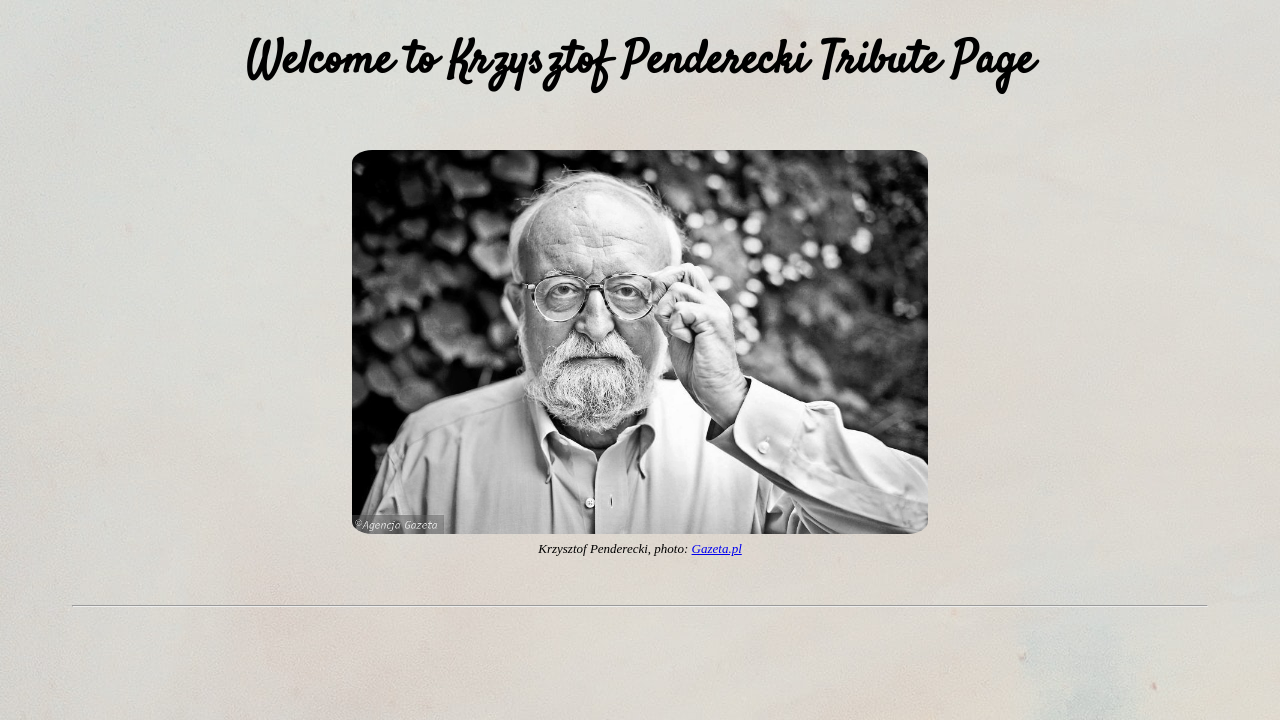
Repository: justynke/tribute_page
Page: index.html
These files come from the project's save history. The page is drawn as it stood at one moment and after the next save; the edit follows.
The browser window is 1280 px wide. The pictures show the whole page.

Above is the page before, as saved 2020-04-23 00:04:53.

### index.html
<!DOCTYPE html>
<html lang = "pl-PL">
<head>
    <link href="https://fonts.googleapis.com/css2?family=Satisfy&display=swap" rel="stylesheet">
    <link rel="stylesheet" type="text/css" href="styles.css">
    <title>Krzysztof Penderecki Tribute Page</title>
</head>
<body>
    <h1 id = "title">Welcome to Krzysztof Penderecki Tribute Page</h1>
    <div id = "img-div">
        <figure>
            <img id = "image" src = "images/penderecki_01.jpg" alt = "Krzysztof Penderecki">
            <figcaption>Krzysztof Penderecki, photo: <a href = "http://gazeta.pl">Gazeta.pl</a></figcaption>
        </figure>


    </div>

    <hr>





</body>
</html>

### styles.css
body {
    background-image: url(images/background.jpg);
}

h1 {
    text-align: center;
    font-family: Satisfy;
    font-size: 45px;
    margin-bottom: 0.8em;
}

#img-div {
    display: flex;
    justify-content: space-around;
}

#image {
    height: 30vw;
    width: auto;
    filter: gray; /* IE6-9 */
    -webkit-filter: grayscale(1); /* Google Chrome, Safari 6+ & Opera 15+ */
    filter: grayscale(1);
    border-style: solid;
    border-color: transparent;
    border-radius: 4%;
}


#image:hover {
    filter: grayscale(0);
}

figcaption {
    text-align: center;
    font-style: italic;
    font-size: small;
}


hr {
    margin-top: 2em;
    margin-bottom: 2em;
    margin-left: 4em;
    margin-right: 4em;
}

After the next save:
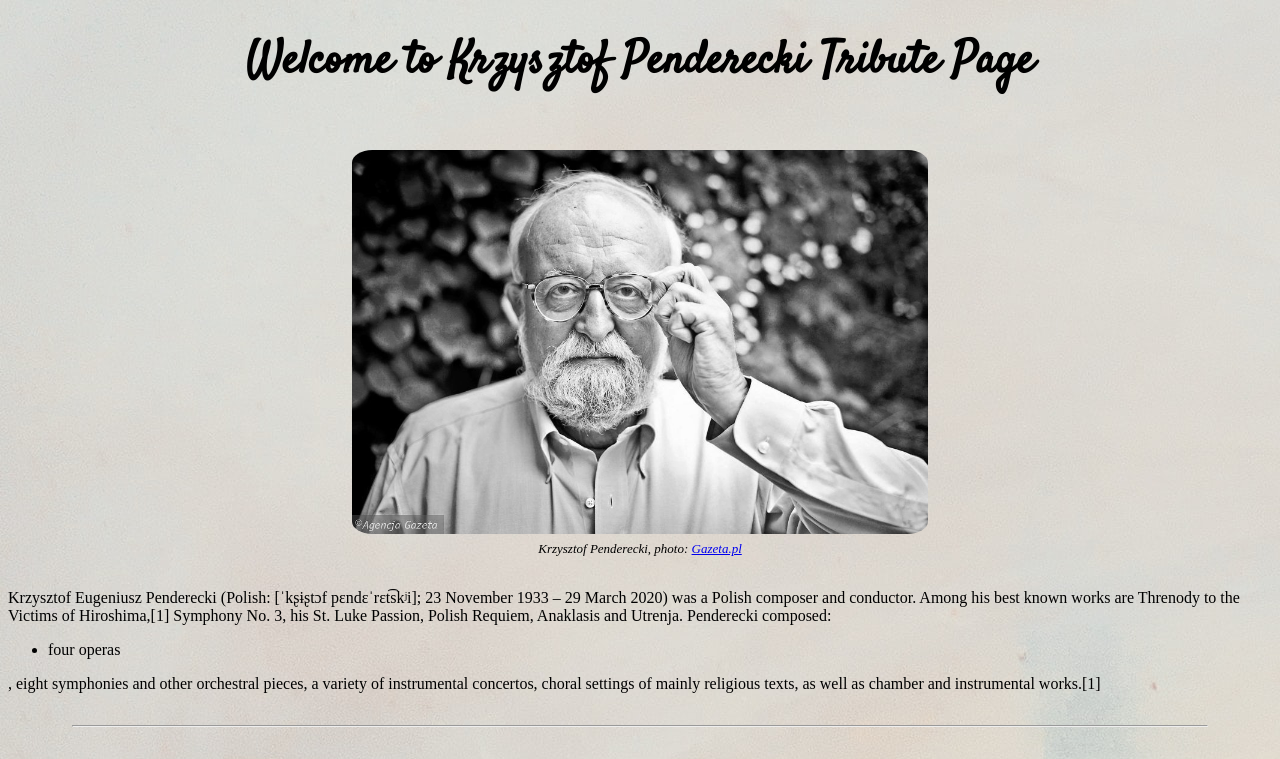
Saved 2 min 3 s later.
--- a/index.html
+++ b/index.html
@@ -12,9 +12,15 @@
             <img id = "image" src = "images/penderecki_01.jpg" alt = "Krzysztof Penderecki">
             <figcaption>Krzysztof Penderecki, photo: <a href = "http://gazeta.pl">Gazeta.pl</a></figcaption>
         </figure>
+    </div>
 
+    <p>
+        Krzysztof Eugeniusz Penderecki (Polish: [ˈkʂɨʂtɔf pɛndɛˈrɛt͡skʲi]; 23 November 1933 – 29 March 2020) was a Polish composer and conductor. Among his best known works are Threnody to the Victims of Hiroshima,[1] Symphony No. 3, his St. Luke Passion, Polish Requiem, Anaklasis and Utrenja. Penderecki composed:
+        <ul>
+            <li>four operas</li>
+        </ul>, eight symphonies and other orchestral pieces, a variety of instrumental concertos, choral settings of mainly religious texts, as well as chamber and instrumental works.[1]
+    </p>
 
-    </div>
 
     <hr>
 
